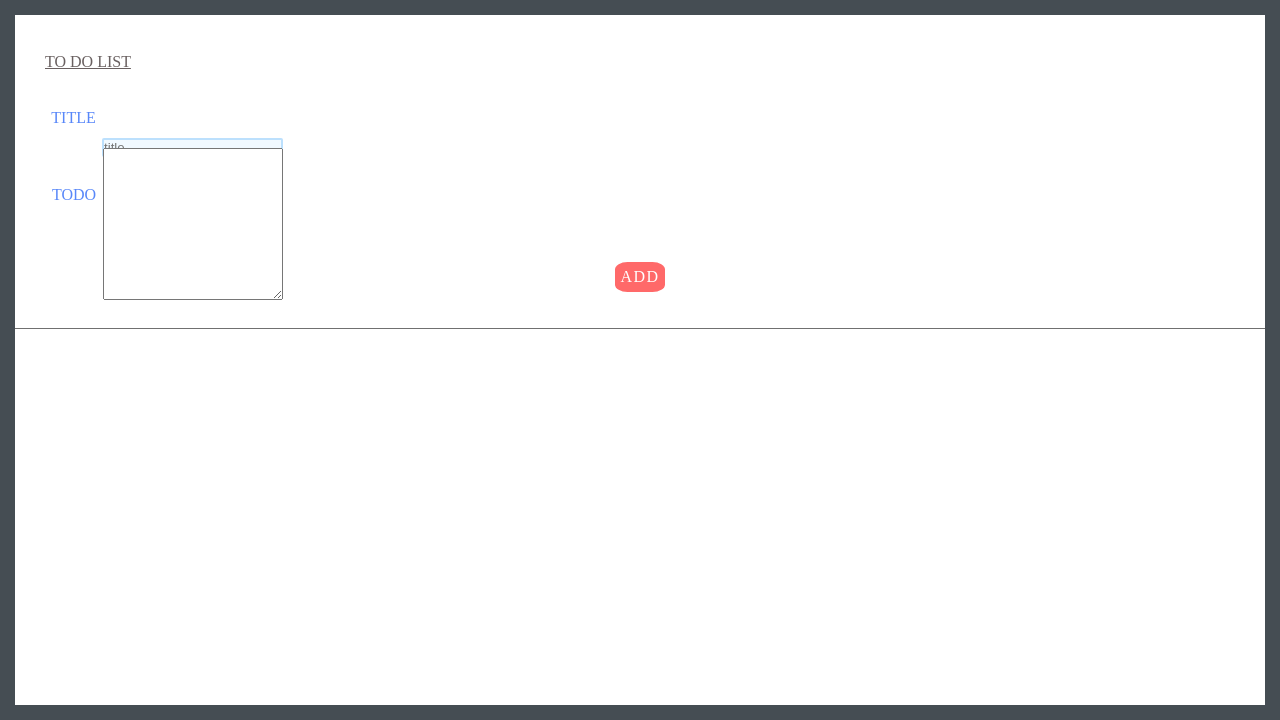
Repository: NagataRyuji0630/shinjin-otameshi
Page: todo_white_board.html
These files come from the project's save history. The page is drawn as it stood at one moment and after the next save; the edit follows.
The browser window is 1280 px wide. The pictures show the whole page.

Above is the page before, as saved 2020-06-11 22:58:35.
Not found: todoWhiteBoard.js

After the next save:
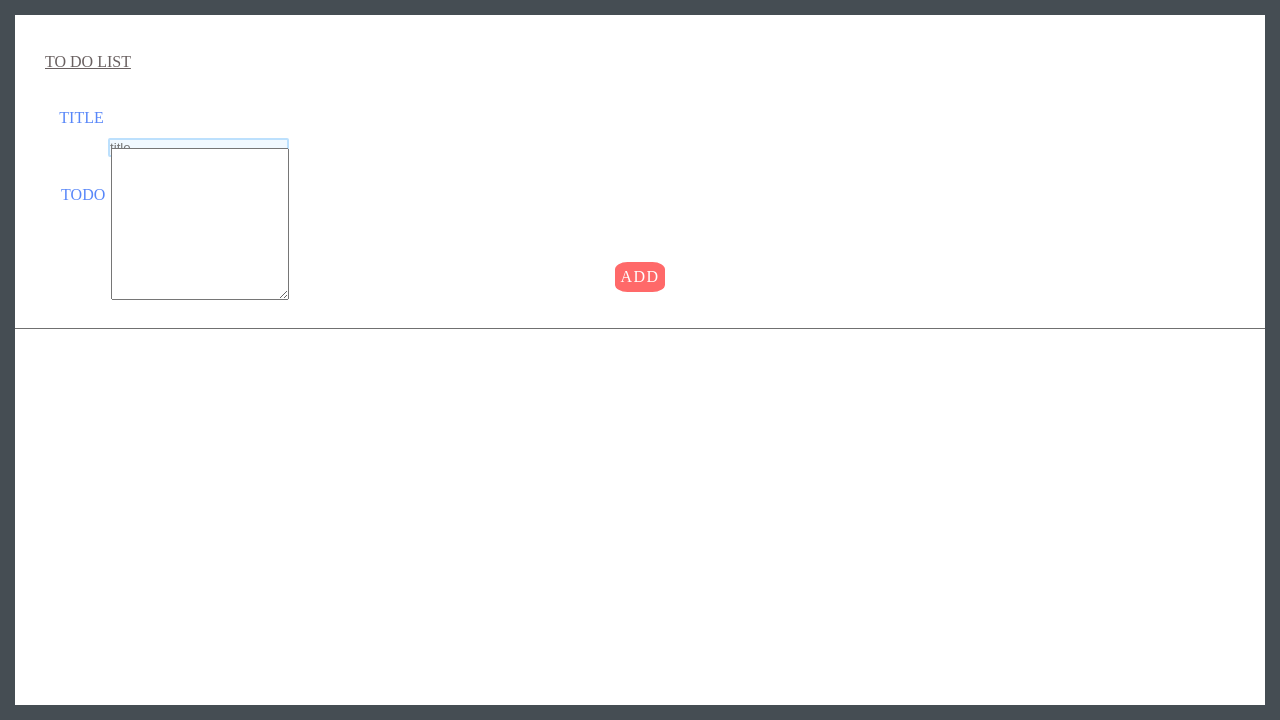
Saved 14 s later.
--- a/todo_white_board.css
+++ b/todo_white_board.css
@@ -58,7 +58,7 @@ body, html {
 #form_container {
     width: 100%;
     height: 35%;
-    padding: 0px 30px;
+    padding: 0px 40px;
     border-bottom: 1px solid #707070;
 }
 
